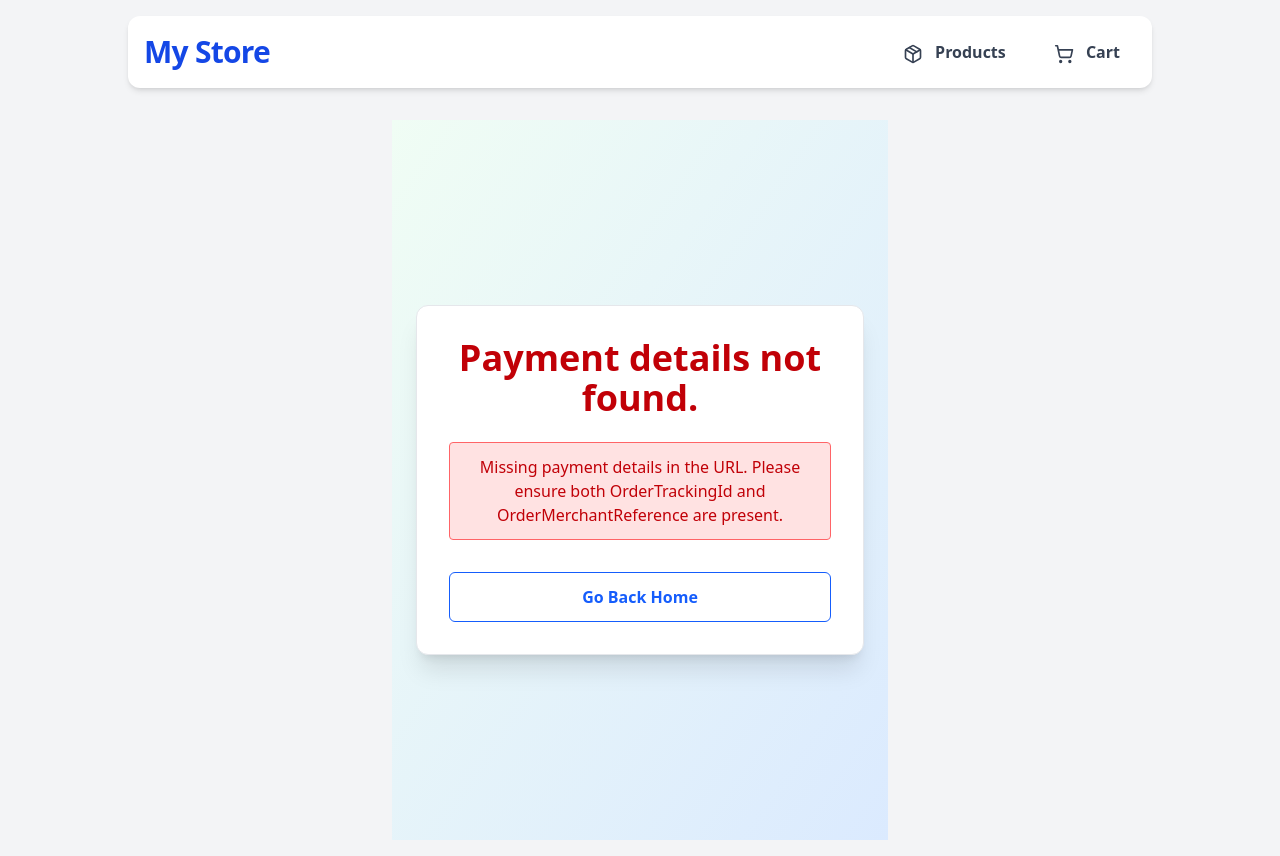
Repository: EphrahimLaanyu123/admin-panel
Page: /payment-success
These files come from the project's save history. The page is drawn as it stood at one moment and after the next save; the edit follows.
The browser window is 1280 px wide. The pictures show the whole page.
The project was rebuilt for these pictures with package versions that can differ from the ones it lists, and the page was loaded fresh each time. Also part of the build but not shown: vite.config.js, src/components/Products.jsx, src/components/Cart.jsx, src/components/Billing.jsx.

Above is the page before, as saved 2025-06-14 11:36:53.

After the next save:
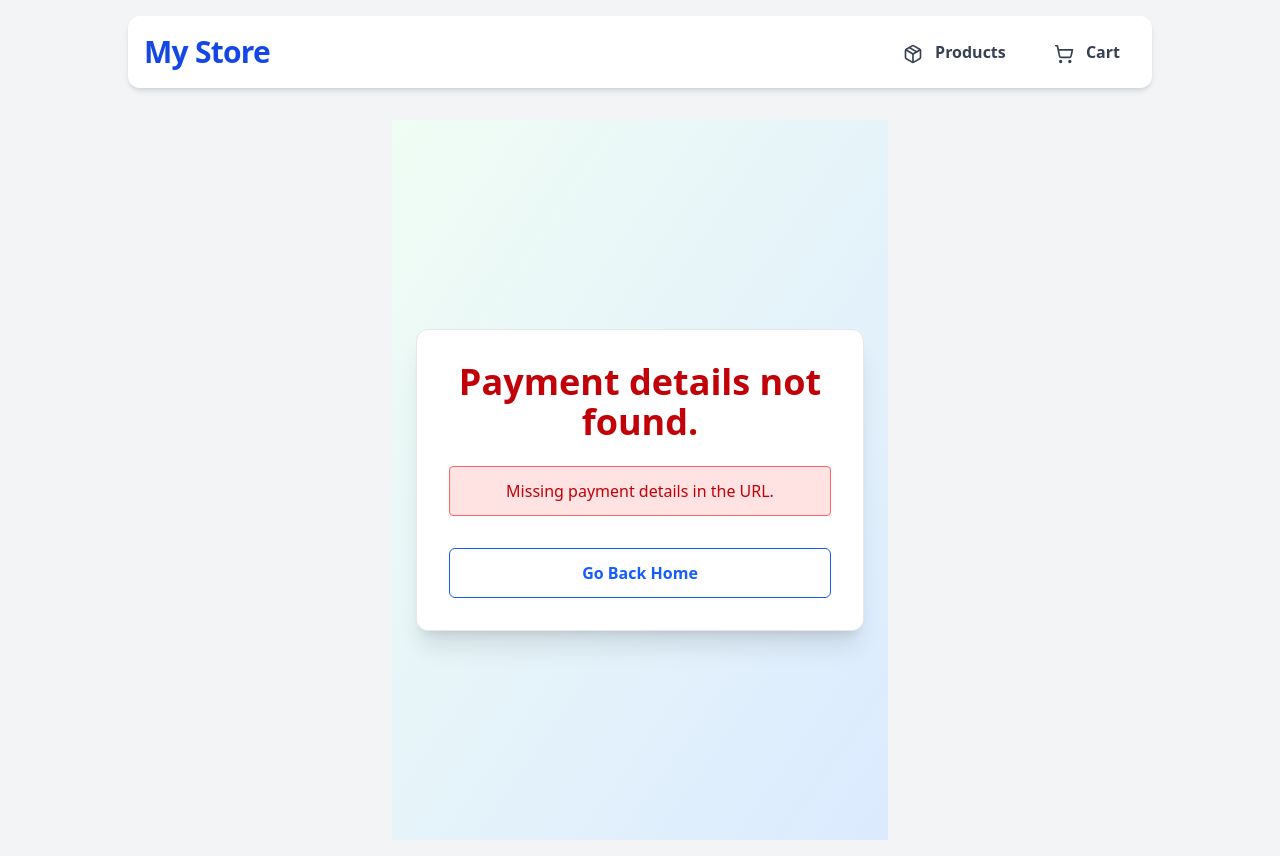
Saved 103 s later.
--- a/src/components/PaymentSuccess.jsx
+++ b/src/components/PaymentSuccess.jsx
@@ -11,7 +11,7 @@
   const [error, setError] = useState('');
   const [successMessage, setSuccessMessage] = useState('');
   const [paymentData, setPaymentData] = useState(null);
-  const [isUpdatingDb, setIsUpdatingDb] = useState(false);
+  const [isSubmitting, setIsSubmitting] = useState(false);
 
   useEffect(() => {
     const trackingId = searchParams.get('OrderTrackingId');
@@ -21,7 +21,7 @@
     setSuccessMessage('');
 
     if (!trackingId || !merchantRef) {
-      setError('Missing payment details in the URL. Please ensure both OrderTrackingId and OrderMerchantReference are present.');
+      setError('Missing payment details in the URL.');
       setPaymentStatus('Payment details not found.');
       return;
     }
@@ -32,19 +32,11 @@
 
         if (!response.ok) {
           const errorData = await response.json();
-          throw new Error(errorData.error || 'Failed to communicate with payment server.');
+          throw new Error(errorData.error || 'Failed to verify payment status.');
         }
 
         const data = await response.json();
         setPaymentData(data);
-
-        if (data.payment_status_description === 'Completed') {
-          setPaymentStatus('Payment Successful!');
-          setTimeout(() => handleCompletePayment(data), 500);
-        } else {
-          setPaymentStatus(`Payment ${data.payment_status_description}`);
-          setError(`Status: ${data.payment_status_description}. Your payment was not successful or is still pending.`);
-        }
 
         setTransactionDetails({
           trackingId,
@@ -54,58 +46,66 @@
           reference: data.payment_reference,
           merchantReference: merchantRef,
         });
+
+        if (data.payment_status_description === 'Completed') {
+          setPaymentStatus('Payment Successful!');
+        } else {
+          setPaymentStatus(`Payment ${data.payment_status_description}`);
+          setError(`Status: ${data.payment_status_description}`);
+        }
       } catch (err) {
-        console.error('Error verifying payment:', err);
+        console.error(err);
         setError(`Error verifying payment: ${err.message}`);
-        setPaymentStatus('Error verifying payment');
+        setPaymentStatus('Verification Error');
       }
     };
 
     verifyPayment();
   }, [searchParams]);
 
-  const handleCompletePayment = async (dataFromVerification = paymentData) => {
-    if (isUpdatingDb || !dataFromVerification) {
-      if (!dataFromVerification) setError('No payment data available to complete order.');
+  const handlePostToSupabase = async () => {
+    if (!paymentData) {
+      setError('No payment data available to post.');
       return;
     }
 
     const lastOrderId = localStorage.getItem('lastOrderId');
-
     if (!lastOrderId) {
-      setError('Order ID not found in localStorage. Cannot update order.');
+      setError('Order ID not found in localStorage.');
       return;
     }
 
-    setIsUpdatingDb(true);
+    setIsSubmitting(true);
     setError('');
     setSuccessMessage('');
 
     try {
-      const { error: supabaseUpdateError } = await supabase
-        .from('orders')
-        .update({
-          payment_status: dataFromVerification.payment_status_description,
-          confirmation_code: dataFromVerification.confirmation_code || null,
-          payment_method: dataFromVerification.payment_method || null,
-          payment_reference: dataFromVerification.payment_reference || null,
-          payment_account: dataFromVerification.payment_account || null,
-          tracking_id: dataFromVerification.order_tracking_id || null,
-          merchant_reference: dataFromVerification.order_merchant_reference || null,
-          updated_at: new Date().toISOString(),
-        })
-        .eq('id', lastOrderId);
+      const { error: insertError } = await supabase.from('orders').insert([
+        {
+          id: lastOrderId, // custom UUID from localStorage
+          payment_status: paymentData.payment_status_description,
+          confirmation_code: paymentData.confirmation_code || null,
+          payment_method: paymentData.payment_method || null,
+          payment_reference: paymentData.payment_reference || null,
+          payment_account: paymentData.payment_account || null,
+          tracking_id: paymentData.order_tracking_id || searchParams.get('OrderTrackingId'),
+          merchant_reference: paymentData.order_merchant_reference || searchParams.get('OrderMerchantReference'),
+          amount: paymentData.amount || null,
+          created_at: new Date().toISOString(),
+        },
+      ]);
 
-      if (supabaseUpdateError) {
-        throw new Error(`Supabase update failed: ${supabaseUpdateError.message}`);
+      if (insertError) {
+        throw new Error(`Supabase insert failed: ${insertError.message}`);
       }
 
-      setSuccessMessage('Order successfully updated in the database!');
+      setSuccessMessage('Order successfully posted to Supabase!');
+      localStorage.removeItem('lastOrderId'); // Optional: clear after successful submission
     } catch (err) {
-      console.error('Error updating Supabase:', err);
-      setError(`Error updating order: ${err.message}`);
+      console.error(err);
+      setError(`Submission error: ${err.message}`);
     } finally {
-      setIsUpdatingDb(false);
+      setIsSubmitting(false);
     }
   };
 
@@ -120,7 +120,7 @@
           <div className="text-left bg-gray-50 p-6 rounded-lg mb-6 border border-gray-100">
             <h3 className="text-xl font-semibold text-gray-700 mb-4">Transaction Summary</h3>
             <p className="mb-2"><strong className="text-gray-600">Tracking ID:</strong> <span className="font-mono text-sm break-all">{transactionDetails.trackingId}</span></p>
-            <p className="mb-2"><strong className="text-gray-600">Merchant Reference:</strong> <span className="font-mono text-sm break-all">{transactionDetails.merchantReference}</span></p>
+            <p className="mb-2"><strong className="text-gray-600">Merchant Ref:</strong> <span className="font-mono text-sm break-all">{transactionDetails.merchantReference}</span></p>
             <p className="mb-2"><strong className="text-gray-600">Status:</strong> <span className={`font-semibold ${transactionDetails.status === 'Completed' ? 'text-green-600' : 'text-red-500'}`}>{transactionDetails.status}</span></p>
             <p className="mb-2"><strong className="text-gray-600">Amount:</strong> KES {transactionDetails.amount?.toFixed(2) || 'N/A'}</p>
             {transactionDetails.method && <p className="mb-2"><strong className="text-gray-600">Method:</strong> {transactionDetails.method}</p>}
@@ -140,17 +140,16 @@
           </div>
         )}
 
-        {transactionDetails && transactionDetails.status !== 'Completed' && !successMessage && (
+        {/* ✅ Complete Payment Button */}
+        {transactionDetails && (
           <button
-            onClick={() => handleCompletePayment()}
-            disabled={isUpdatingDb}
+            onClick={handlePostToSupabase}
+            disabled={isSubmitting}
             className={`w-full py-3 px-4 rounded-md text-white font-semibold transition-colors duration-200 ${
-              isUpdatingDb
-                ? 'bg-gray-400 cursor-not-allowed'
-                : 'bg-green-600 hover:bg-green-700'
+              isSubmitting ? 'bg-gray-400 cursor-not-allowed' : 'bg-green-600 hover:bg-green-700'
             }`}
           >
-            {isUpdatingDb ? 'Updating Order...' : 'Manually Update Order Status'}
+            {isSubmitting ? 'Posting to Supabase...' : 'Complete Payment'}
           </button>
         )}
 
